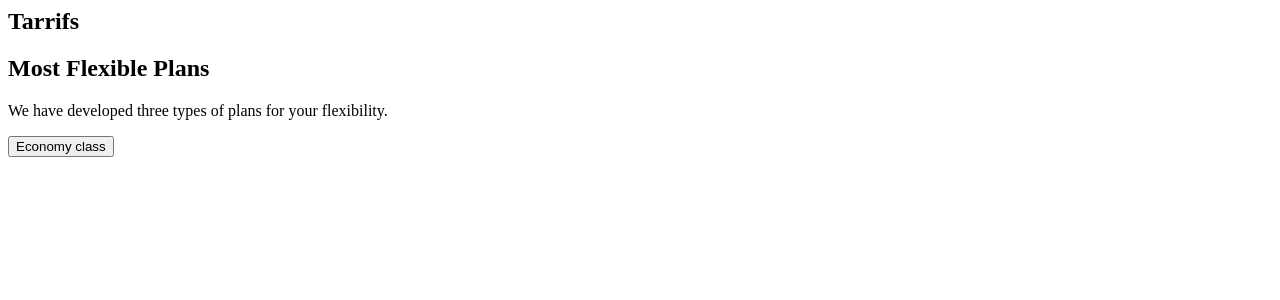
Repository: sanyathecreator/udrive-carsharing
Page: index.tarrifs.partial.html
The author's editor kept a copy of each file at every save. The page is drawn from the files as they stood at one save, then again after a run of saves.
The browser window is 1280 px wide. The pictures show the whole page.

Above is the page before, as saved 2025-09-11 00:09:10.

### index.tarrifs.partial.html
<section class="tarrifs">
    <div class="plans__payments container">
      <h1 class ="plans__payments-title">Tarrifs</h1>
      <h2 class="plans__payments-subtitle">Most Flexible Plans</h2>
      <p class="plans__payments-text">We have developed three types of plans for your flexibility.</p>
    </div>

    <div class="tabs" role="tablist" aria-label="Tarrifs">
      <button class="tab is active" data-tab="economy" role = "tab">Economy class</button>

After the next 2 saves:
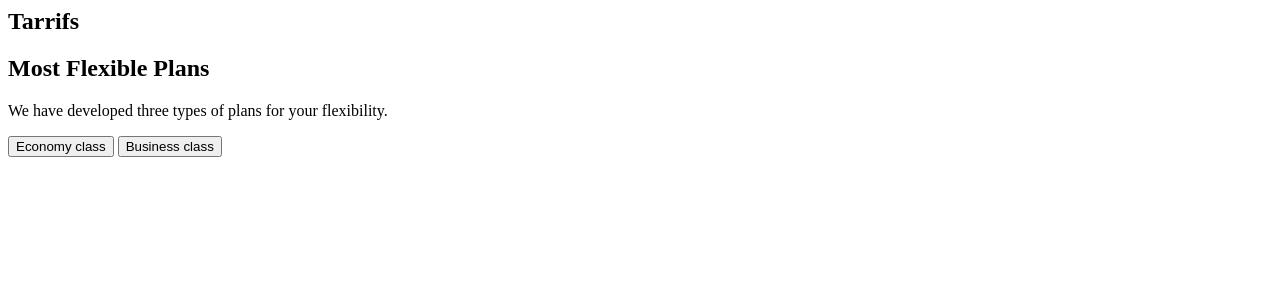
The 2 saves are shown as one change because they came seconds apart.
The last was saved 14 s later.
--- a/index.tarrifs.partial.html
+++ b/index.tarrifs.partial.html
@@ -7,3 +7,4 @@
 
     <div class="tabs" role="tablist" aria-label="Tarrifs">
       <button class="tab is active" data-tab="economy" role = "tab">Economy class</button>
+        <button class="tab" data-tab="business" role = "tab">Business class</button>
